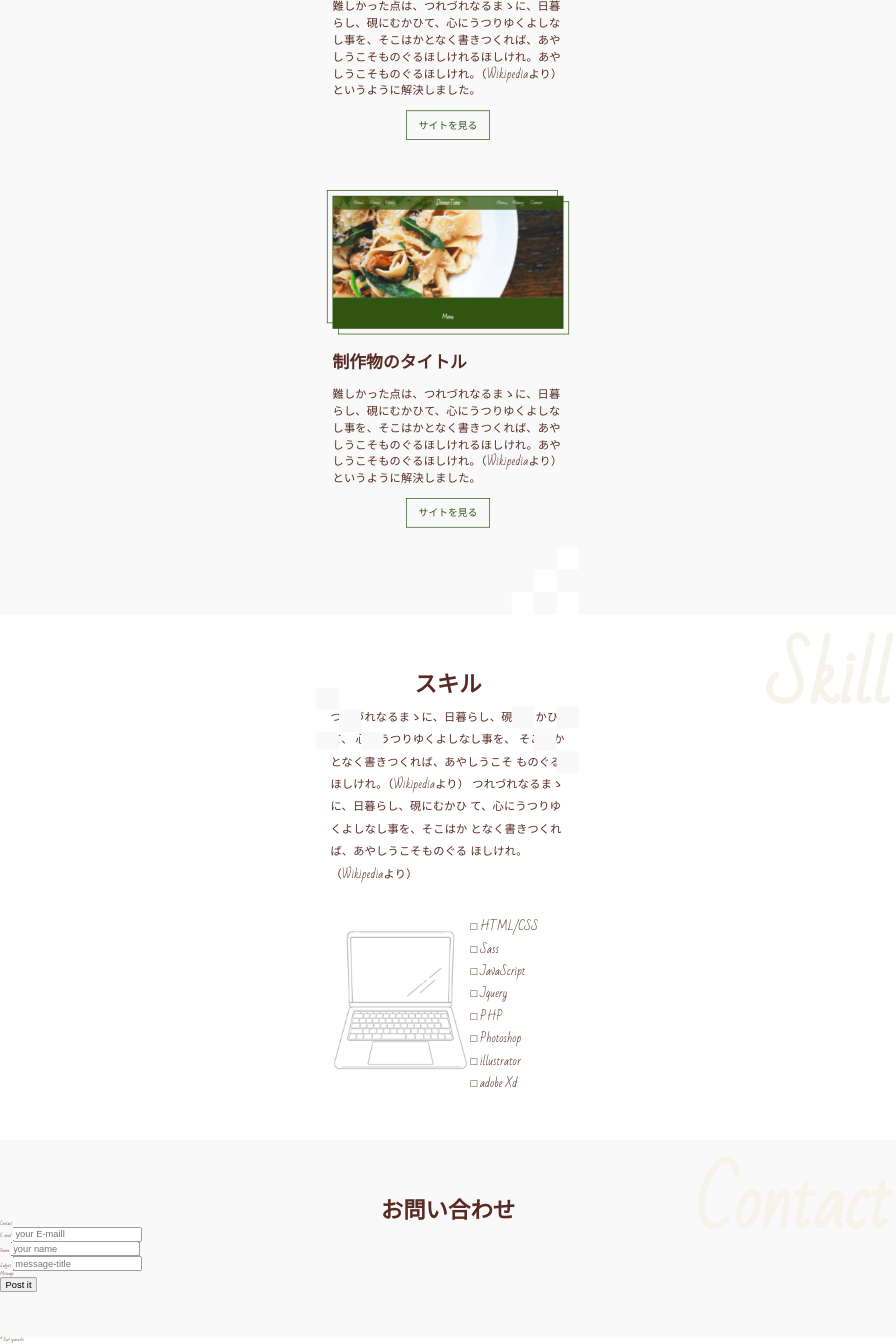
Repository: ppmp556/igarashi.kakuu
Page: index.html
These files come from the project's save history. The page is drawn as it stood at one moment and after the next save; the edit follows.
The browser window is 1280 px wide. The pictures show the part of the page from y = 2864 to 4784 px (the page is 4784 px tall before and 4774 px after), at 70% of full size.
Some web libraries are served in a nearby version. The style sheet was rebuilt from its Sass, Less or Tailwind sources for each picture, by a compiler version that may differ from the author's.

Above is the page before, as saved 2020-10-27 11:04:54.
Console error: TypeError: Cannot read properties of null (reading 'addEventListener')

### index.html
<!DOCTYPE html>
<html lang="ja">
    <head>
        <meta charset="UTF-8">
        <meta name="viewport" content="width=device-width, initial-scale=1.0, maximum-scale=1.0, minimum-scale=1.0">
        <link rel="stylesheet" href="faundation.css" type="text/css">
        <link rel="stylesheet" href="./css/style.css" type="text/css">
        <link href="https://use.fontawesome.com/releases/v5.6.1/css/all.css" rel="stylesheet">
        <link href="https://fonts.googleapis.com/css?family=Bad+Script" rel="stylesheet">
        <link href="https://fonts.googleapis.com/css?family=Sawarabi+Gothic" rel="stylesheet">
        <link rel="img" href="image">
        <title>架空LP</title>

    </head>
    <body>

        <div class="container">
            <header class="header">
                <h1 class="header_ttl">
                    <a href="index.html" class="header_link">My Portfolio</a><!-- /.header_link -->
                </h1><!-- /.header_ttl -->
                <nav class="nav">
                    <div class="nav_wrapper" id="nav_lists">
                        <!-- ハンバーガーメニュー部分 -->
                        <div class="toggle_btn" id="nav_toggler">
                            <span class="toggle_line __tg1"></span>
                            <span class="toggle_line __tg2"></span>
                            <span class="toggle_line __tg3"></span>
                        </div>
                        <!-- ハンバーガーメニューここまで -->
                    </div>
                    <ul class="nav_list flex">
                        <li class="nav_item">
                            <a href="#" class="nav_link">Profile<span class="nav_sp">プロフィール</a><!-- /.nav_link -->
                        </li><!-- /.nav_item -->
                        <li class="nav_item">
                            <a href="#" class="nav_link">Works<span class="nav_sp">実績一覧</a><!-- /.nav_link -->
                        </li><!-- /.nav_item -->
                        <li class="nav_item">
                            <a href="#" class="nav_link">Skill<span class="nav_sp">スキル</a><!-- /.nav_link -->
                        </li><!-- /.nav_item -->
                        <li class="nav_item">
                            <a href="#" class="nav_link">Contact<span class="nav_sp">お問い合わせ</a><!-- /.nav_link -->
                        </li><!-- /.nav_item -->
                    </ul><!-- /.nav_list -->
                </nav><!-- /.nav -->
            </header><!-- /.header -->
        </div><!-- /.container -->
        <div class="kv">
            <div class="kv_txtbox">
                <p class="kv_txt">I love this job from the bottom of my heart.</p><!-- /.kv_txt -->
                <p class="kv_txt __subtxt">私はこの仕事が大好きだ</p><!-- /.kv_txt -->
            </div><!-- /.kv_txtbox -->
            <div class="contact_box">
                <a href="#" class="contact_link">Contact</a><!-- /.contact_link -->
            </div><!-- /.contact_box -->
        </div><!-- /.kv -->
        <main>
            <div class="inner">

                <section class="prof" id="prof">
                    <div class="prof_inner">
                        <div class="section_ttlbox">
                            <h2 class="prof_ttl">プロフィール</h2><!-- /.prof_ttl -->
                            <!-- <span class="prof_sub">Profile</span> -->
                        </div><!-- /.section_ttlbox -->
                        <div class="prof_imgbox">
                            <img src="images/profile/profile.png" alt="#" class="prof_img">
                        </div><!-- /.prof_imgbox -->
                        <p class="prof_txt">
                            つれづれなるまゝに、日暮らし、硯にむかひ
                            て<br>
                            心にうつりゆくよしなし事を、<br>
                            そこはかとなく書きつくれば、あやしうこそ
                            ものぐるほしけれ。（Wikipediaより）<br>
                            つれづれなるまゝに、日暮らし、硯にむかひ
                            て、心にうつりゆくよしなし事を、そこはか
                            となく書きつくれば、あやしうこそものぐる
                            ほしけれ。（Wikipediaより）<br>
                            つれづれなるまゝに、日暮らし、硯にむかひ
                            て、心にうつりゆくよしなし事を、そこはか
                            となく書
                        </p><!-- /.prof_txt -->
                        <div class="section_btnbox flex">
                            <div class="site_btn">
                                <a href="#" class="site_link">Instagram</a>
                            </div><!-- /.site_btn -->
                            <div class="site_btn">
                                <a href="#" class="site_link">Twitter</a>
                            </div><!-- /.site_btn -->
                        </div><!-- /.section_btnbox -->
                    </div><!-- /.prof_inner -->
                </section><!-- /#prof.prof -->


                <section class="work" id="work">
                    <div class="work_inner">

                        <div class="section_ttlbox">
                            <h2 class="work_ttl">実績一覧</h2><!-- /.work_ttl -->
                            <!-- <span class="work_sub">Works</span> -->
                        </div><!-- /.section_ttlbox -->

                        <div class="work_imgbox">
                            <ul class="work_list">
                                <li class="work_item">
                                    <div class="work_imgbox">
                                        <img src="images/work1/work1.png" alt="" class="work_img">
                                    </div><!-- /.work_imgbox -->
                                    <h3 class="work_minttl ">制作物のタイトル</h3><!-- /.work_minttl -->
                                    <p class="work_txt">
                                        難しかった点は、つれづれなるまゝに、日暮らし、硯にむかひて、心にうつりゆくよしなし事を、そこはかとなく書きつくれば、あやしうこそものぐるほしけれるほしけれ。あやしうこそものぐるほしけれ。（Wikipediaより）というように解決しました。
                                    </p><!-- /.work_txt -->
                                    <div class="site_btn">
                                        <a href="#" class="site_link">サイトを見る</a>
                                    </div><!-- /.site_btn -->
                                </li><!-- /.work_item -->
                                <li class="work_item">
                                    <div class="work_imgbox">
                                        <img src="images/work2/work2.png" alt="" class="work_img">
                                    </div><!-- /.work_imgbox -->
                                    <h3 class="work_minttl">制作物のタイトル制作物のタイトルタイトル</h3><!-- /.work_minttl -->
                                    <p class="work_txt">
                                        難しかった点は、つれづれなるまゝに、日暮らし、硯にむかひて、心にうつりゆくよしなし事を、そこはかとなく書きつくれば、あやしうこそものぐるほしけれるほしけれ。あやしうこそものぐるほしけれ。（Wikipediaより）というように解決しました。
                                    </p><!-- /.work_txt -->
                                    <div class="site_btn">
                                        <a href="#" class="site_link">サイトを見る</a>
                                    </div><!-- /.site_btn -->
                                </li><!-- /.work_item -->
                                <li class="work_item">
                                    <div class="work_imgbox">
                                        <img src="images/work3/work3.png" alt="" class="work_img">
                                    </div><!-- /.work_imgbox -->
                                    <h3 class="work_minttl">制作物のタイトル</h3><!-- /.work_minttl -->
                                    <p class="work_txt">
                                        難しかった点は、つれづれなるまゝに、日暮らし、硯にむかひて、心にうつりゆくよしなし事を、そこはかとなく書きつくれば、あやしうこそものぐるほしけれるほしけれ。あやしうこそものぐるほしけれ。（Wikipediaより）というように解決しました。
                                    </p><!-- /.work_txt -->
                                    <div class="site_btn">
                                        <a href="#" class="site_link">サイトを見る</a>
                                    </div><!-- /.site_btn -->
                                </li><!-- /.work_item -->
                            </ul><!-- /.work_list -->
                        </div><!-- /.work_imgbox -->
                    </div><!-- /.work_inner -->
                </section><!-- /#work.work -->

                <section class="skill" id="skill">
                    <div class="section_ttlbox">
                        <h2 class="skill_ttl">スキル</h2><!-- /.skill_ttl -->
                        <!-- <span class="skill_sub">Skill</span> -->
                    </div><!-- /.section_ttlbox -->
                    <div class="skill_inner">
                        <div class="skill_txtbox">
                            <p class="skill_txt">
                                つれづれなるまゝに、日暮らし、硯にむかひて、
                                心にうつりゆくよしなし事を、
                                そこはかとなく書きつくれば、あやしうこそ
                                ものぐるほしけれ。（Wikipediaより）
                                つれづれなるまゝに、日暮らし、硯にむかひ
                                て、心にうつりゆくよしなし事を、そこはか
                                となく書きつくれば、あやしうこそものぐる
                                ほしけれ。（Wikipediaより）
                            </p><!-- /.skill_txt -->
                        </div><!-- /.skill_txtbox -->
                        <div class="skill_listbox flex">
                            <div class="skill_imgbox">
                                <img src="images/1544078499/1544078499.png" alt="" class="skill_img">
                            </div><!-- /.skill_imgbox -->
                            <ul class="skill_list">
                                <li class="skill_item">□ HTML/CSS</li><!-- /.skill_item -->
                                <li class="skill_item">□ Sass</li><!-- /.skill_item -->
                                <li class="skill_item">□ JavaScript</li><!-- /.skill_item -->
                                <li class="skill_item">□ Jquery</li><!-- /.skill_item -->
                                <li class="skill_item">□ PHP</li><!-- /.skill_item -->
                                <li class="skill_item">□ Photoshop</li><!-- /.skill_item -->
                                <li class="skill_item">□ illustrator</li><!-- /.skill_item -->
                                <li class="skill_item">□ adobe Xd</li><!-- /.skill_item -->
                            </ul><!-- /.skill_list -->
                        </div><!-- /.skill_listbox -->
                    </div><!-- /.skill_inner -->
                </section><!-- /#skill.skii -->

                <section class="contact" id="contact">
                    <div class="section_ttlbox">
                        <h2 class="contact_ttl">お問い合わせ</h2><!-- /.contact_ttl -->
                        <span class="contact_sub">Contact</span>
                    </div><!-- /.section_ttlbox -->
                    <form action="#" class="ly-form">
                        <div class="form ord1">
                            <div class="form2">

                                <label for="email" class="formTitle u-formTxt">E-mail</label>
                                <input type="email" class="formBox" name="your-E-mail" placeholder="your E-maill">
                            </div>
                        </div>
                        <div class="form ord2">
                            <div class="form2">
                                    <label for="name" class="formTitle u-formTxt">Name</label>
                                    <input type="text" class="formBox" name="your name" placeholder="your name">

                            </div>
                        </div>
                        <div class="form ord3">
                            <div class="form2">
                                <label for="subject" class="formTitle u-formTxt">Subject</label>
                                <input type="subject" class="formBox" name="message-title" placeholder="message-title">
                            </div>
                        </div>
                        <div class="form ord4">
                            <div class="form2">
                                <label for="message" class="formTitle u-formTxt">Message</label>
                                <textare name="contents" class="area" name="contents" placeholder="contents" rows="4" cols="40"></textare>
                            </div>
                        </div>
                        <div class="inputWrap btnhv u-send">
                            <input type="submit" value="Post it" class="sendBtn">
                        </div>
                    </form>
                </section><!-- /#contact.contact -->
            </div><!-- /.inner -->

        </main>


        <footer class="footer">
            <div class="footer_sharbox">
                <ul class="footer_sharalist">
                    <li class="footer_item"></li><!-- /.footer_item -->
                    <li class="footer_item"></li><!-- /.footer_item -->
                    <li class="footer_item"></li><!-- /.footer_item -->
                </ul><!-- /.footer_sharalist -->
            </div><!-- /.footer_sharbox -->
            <small class="footer_txt">&copy; Ruri igarashi</small>
        </footer><!-- /.footer -->


        <script type="text/javascript" src="menu.js"></script>
        <script src="https://code.jquery.com/jquery-3.4.1.js" integrity="sha256-WpOohJOqMqqyKL9FccASB9O0KwACQJpFTUBLTYOVvVU=" crossorigin="anonymous"></script>

    </body>
</html>

### faundation.css

html,
body,
div,
span,
object,
iframe,
h1,
h2,
h3,
h4,
h5,
h6,
p,
blockquote,
pre,
abbr,
address,
cite,
code,
del,
dfn,
em,
img,
ins,
kbd,
q,
samp,
small,
strong,
sub,
sup,
var,
b,
i,
dl,
dt,
dd,
ol,
ul,
li,
fieldset,
form,
label,
legend,
table,
caption,
tbody,
tfoot,
thead,
tr,
th,
td,
article,
aside,
canvas,
details,
figcaption,
figure,
footer,
header,
hgroup,
menu,
nav,
section,
summary,
time,
mark,
audio,
video {
  margin: 0;
  padding: 0;
  border: 0;
  outline: 0;
  font-size: 100%;
  vertical-align: baseline;
  background: transparent;
}

body {
  line-height: 1.5;
}

article,
aside,
details,
figcaption,
figure,
footer,
header,
hgroup,
menu,
nav,
section {
  display: block;
}

ul,
ol {
  list-style: none;
}

table {
  border-collapse: collapse;
  border-spacing: 0;
}

a {
  color: inherit;
  text-decoration: none;
}

img {
  width: 100%;
  max-width: 100%;
  height: auto;
  vertical-align: bottom;
}

Loaded but not shown: menu.js (26 lines, source omitted); scss/style.scss (777 lines, source omitted)

After the next save:
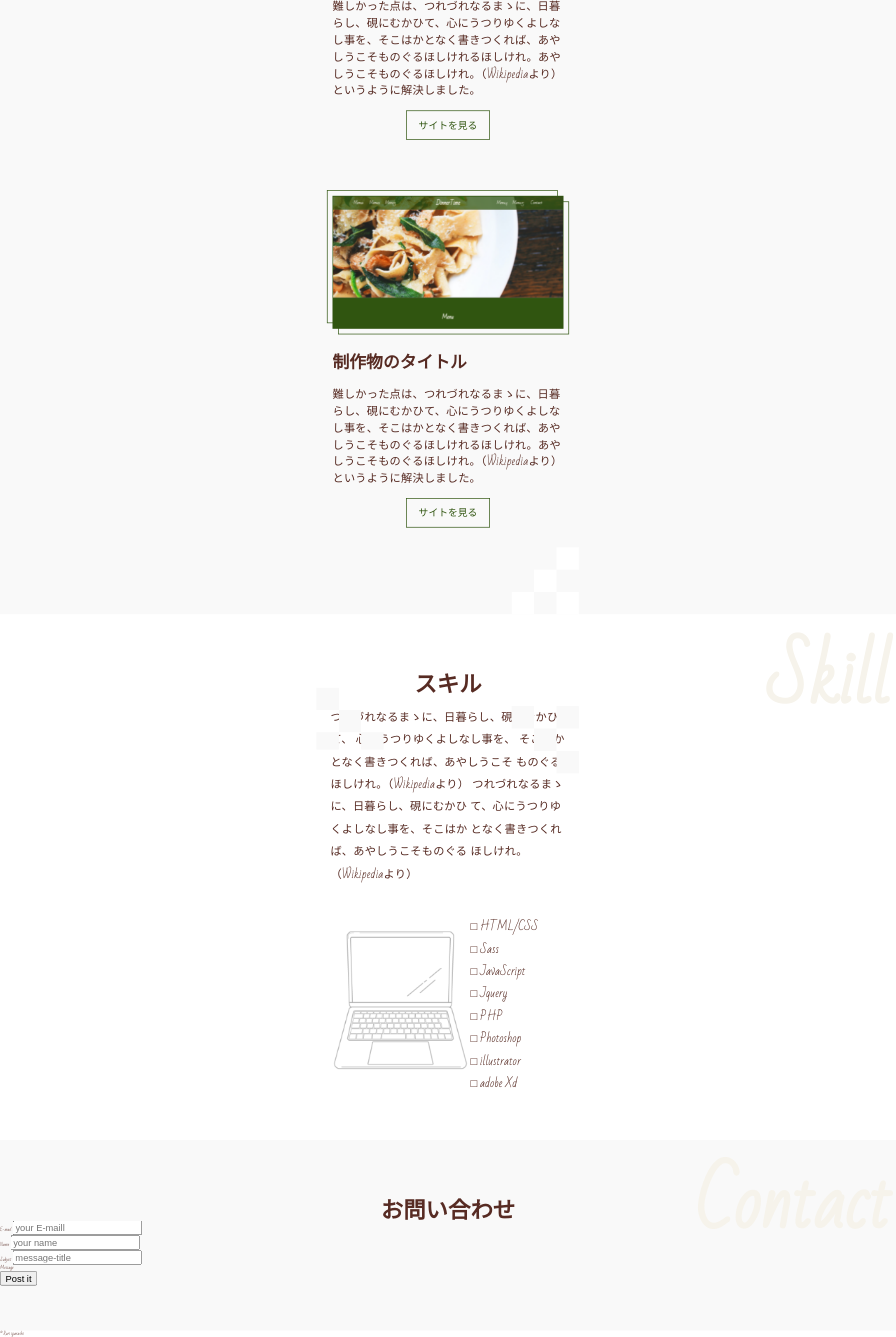
Saved 3 min 11 s later.
--- a/index.html
+++ b/index.html
@@ -183,37 +183,37 @@
                 <section class="contact" id="contact">
                     <div class="section_ttlbox">
                         <h2 class="contact_ttl">お問い合わせ</h2><!-- /.contact_ttl -->
-                        <span class="contact_sub">Contact</span>
+                        <!-- <span class="contact_sub">Contact</span> -->
                     </div><!-- /.section_ttlbox -->
-                    <form action="#" class="ly-form">
+                    <form action="#" class="contact_form">
                         <div class="form ord1">
                             <div class="form2">
 
-                                <label for="email" class="formTitle u-formTxt">E-mail</label>
-                                <input type="email" class="formBox" name="your-E-mail" placeholder="your E-maill">
+                                <label for="email" class="form_ttl">E-mail</label>
+                                <input type="email" class="form_box" name="your-E-mail" placeholder="your E-maill">
                             </div>
                         </div>
                         <div class="form ord2">
                             <div class="form2">
-                                    <label for="name" class="formTitle u-formTxt">Name</label>
-                                    <input type="text" class="formBox" name="your name" placeholder="your name">
+                                    <label for="name" class="form_ttl">Name</label>
+                                    <input type="text" class="form_box" name="your name" placeholder="your name">
 
                             </div>
                         </div>
                         <div class="form ord3">
                             <div class="form2">
-                                <label for="subject" class="formTitle u-formTxt">Subject</label>
-                                <input type="subject" class="formBox" name="message-title" placeholder="message-title">
+                                <label for="subject" class="form_ttl">Subject</label>
+                                <input type="subject" class="form_box" name="message-title" placeholder="message-title">
                             </div>
                         </div>
                         <div class="form ord4">
                             <div class="form2">
-                                <label for="message" class="formTitle u-formTxt">Message</label>
-                                <textare name="contents" class="area" name="contents" placeholder="contents" rows="4" cols="40"></textare>
-                            </div>
-                        </div>
-                        <div class="inputWrap btnhv u-send">
-                            <input type="submit" value="Post it" class="sendBtn">
+                                <label for="message" class="form_ttl">Message</label>
+                                <textare name="contents" class="form_area" name="contents" placeholder="contents" rows="4" cols="40"></textare>
+                            </div>
+                        </div>
+                        <div class="contact_btnbox">
+                            <input type="submit" value="Post it" class="contact_btn">
                         </div>
                     </form>
                 </section><!-- /#contact.contact -->
